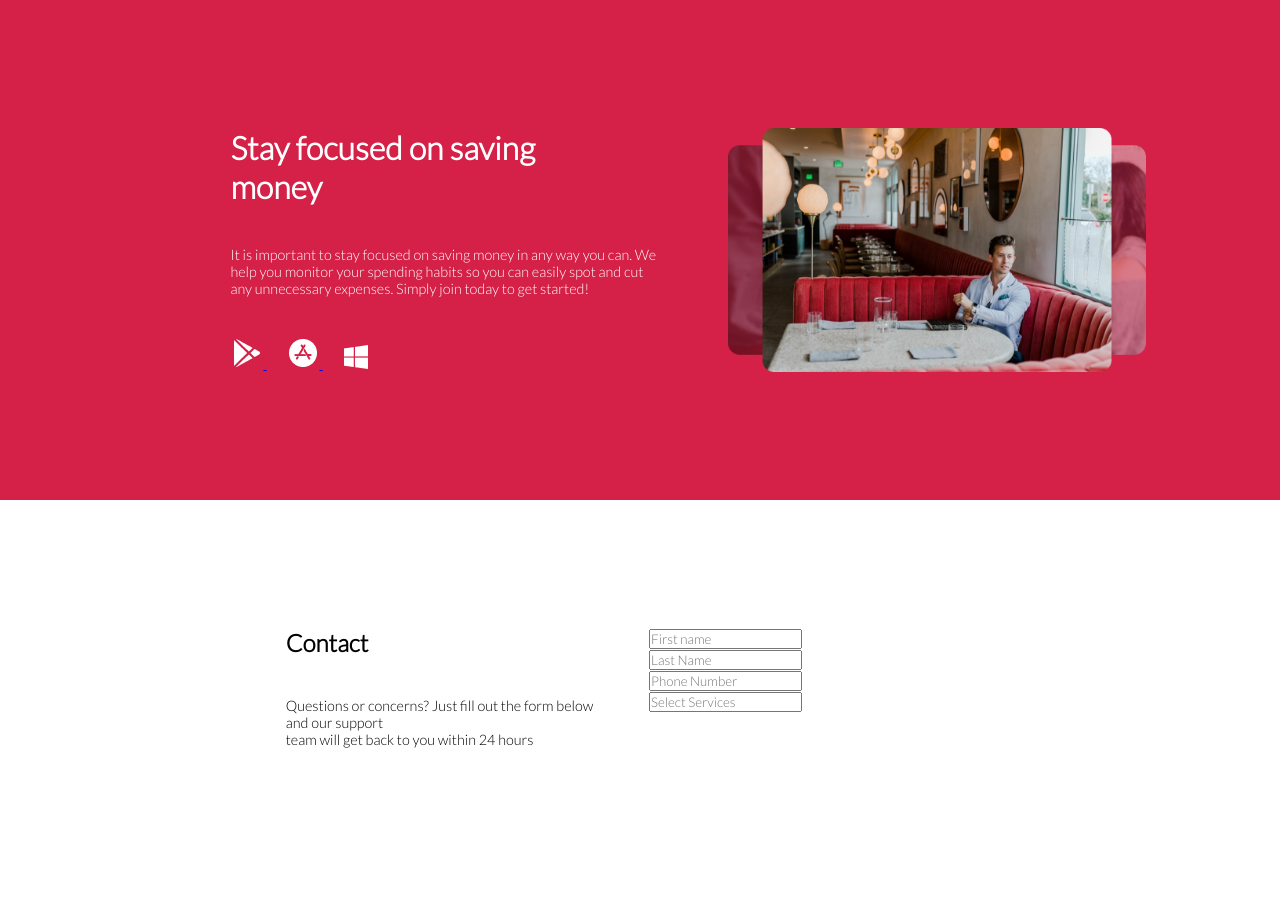
Repository: batonAnton/Cursor_lecture4
Page: index.html
The author's editor kept a copy of each file at every save. The page is drawn from the files as they stood at one save, then again after the next save.
The browser window is 1280 px wide. The pictures show the whole page.

Above is the page before, as saved 2022-06-08 15:07:32.

After the next save:
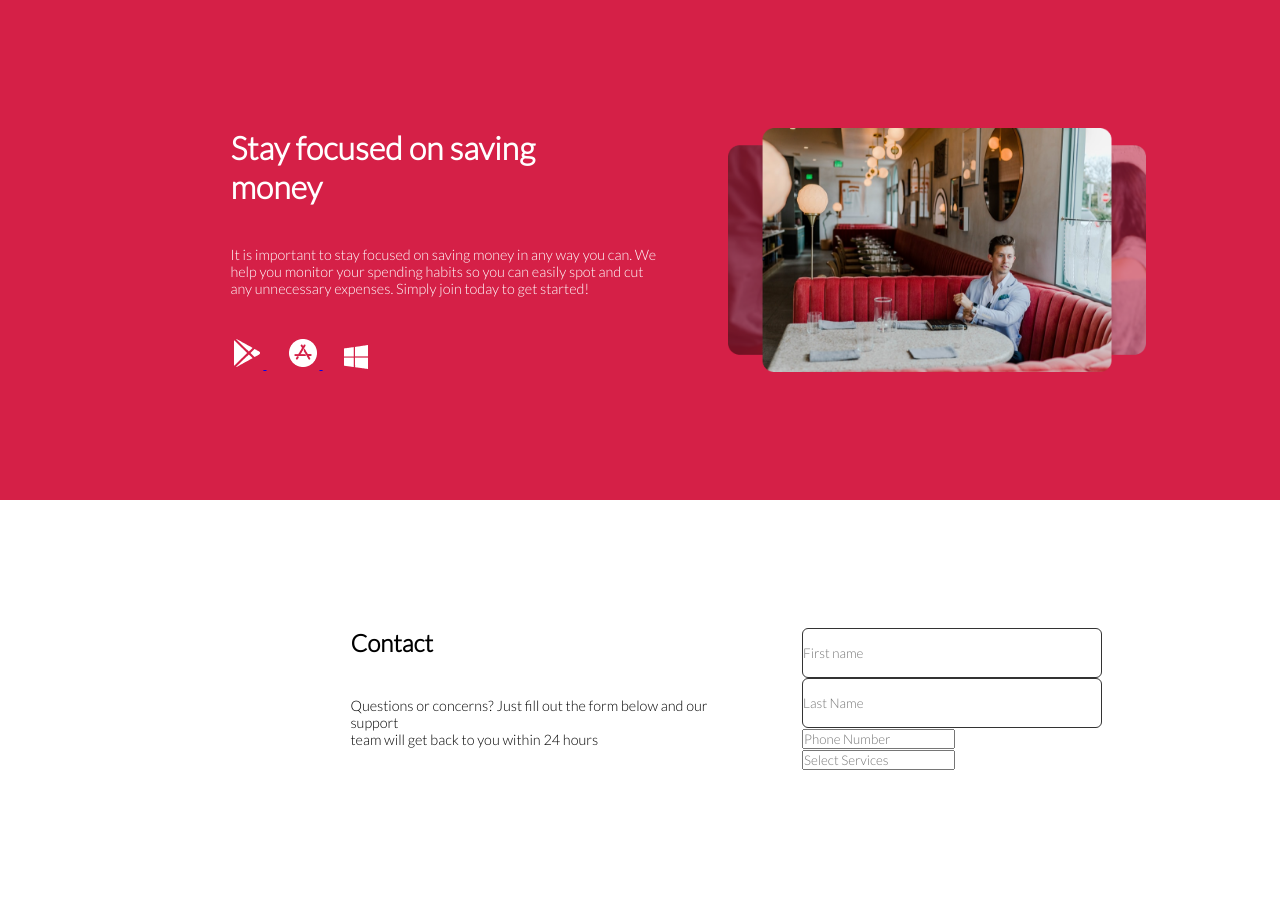
Saved 7 min 17 s later.
--- a/css/style.css
+++ b/css/style.css
@@ -50,3 +50,10 @@ section .info-box {
   margin-left: 22%;
   width: 80%;
 }
+
+#fname, #lname{
+    width: 300px;
+    height: 50px;
+    border: 1px solid #333333;
+    border-radius: 6px;
+}
